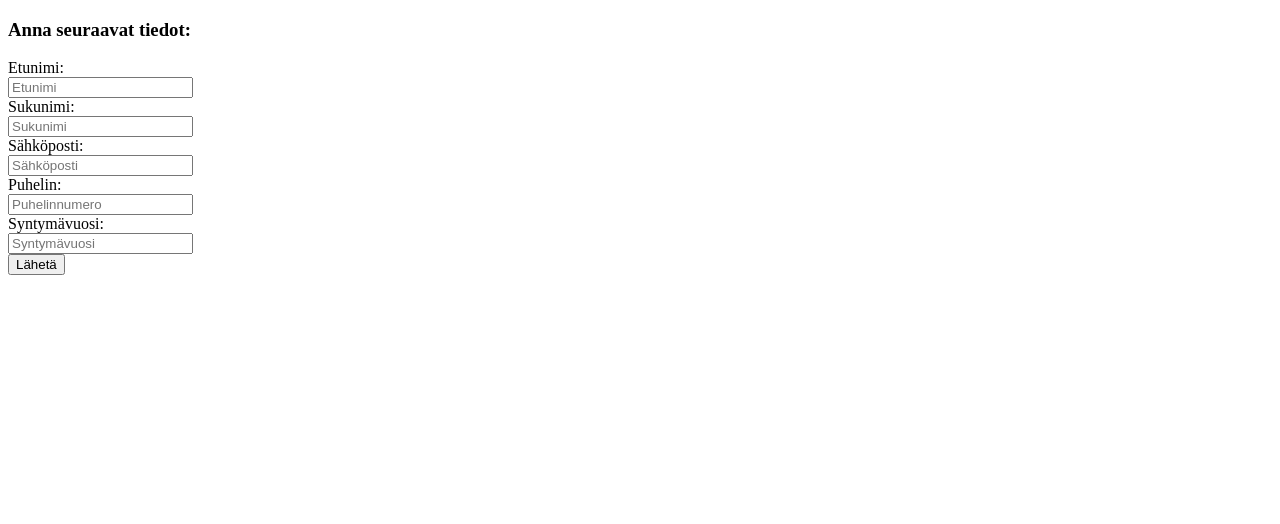
Repository: er-12/tehtava6
Page: http://localhost/t3/kysy.jsp
An editor plug-in stored every save of this project. The page is shown before and after the next save, followed by the edit.
The browser window is 1280 px wide. The pictures show the whole page.
The page is served by Tomcat 9.

Above is the page before, as saved 2021-04-17 11:09:06.

### t3/WebContent/kysy.jsp
<%@ page language="java" contentType="text/html; charset=UTF-8"
    pageEncoding="UTF-8"%>
<!DOCTYPE html>
<html>
<head>
<meta charset="UTF-8">
<title>Insert title here</title>
</head>
<body>
<h3>Anna seuraavat tiedot:</h3>
<form action="nayta.jsp" method="POST">
	<label for="etunimi">Etunimi:</label><br>
	<input type="text" name="etunimi" placeholder= "Etunimi"><br>
	<label for="fname">Sukunimi:</label><br>
	<input type="text" name="sukunimi" placeholder= "Sukunimi"><br>
	<label for="fname">Sähköposti:</label><br>
	<input type="text" name="sposti" placeholder= "Sähköposti"><br>
	<label for="fname">Puhelin:</label><br>
	<input type="text" name="puhelin" placeholder= "Puhelinnumero"><br>
	<label for="fname">Syntymävuosi:</label><br>
	<input type="text" name="vuosi" placeholder= "Syntymävuosi"><br>
	<input type="submit" value="Lähetä">
</form>
</body>
</html>
<!-- 2)	Tee sivulle kysy.jsp lomake, jossa pyydät käyttäjltä seuraavat tiedot:
a.	Etunimi
b.	Sukunimi
c.	Sähköposti
d.	Puhelin
e.	Syntymävuosi
 -->

After the next save:
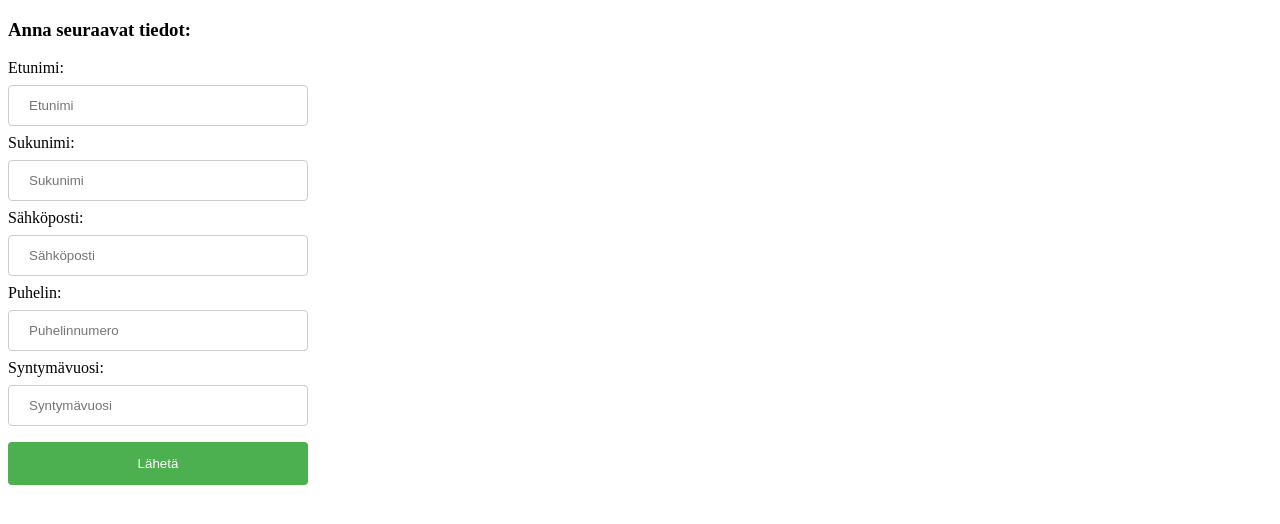
Saved 4 min 32 s later.
--- a/t3/WebContent/kysy.jsp
+++ b/t3/WebContent/kysy.jsp
@@ -2,6 +2,34 @@
     pageEncoding="UTF-8"%>
 <!DOCTYPE html>
 <html>
+<style>
+input[type=text], select {
+  width: 300px;
+  padding: 12px 20px;
+  margin: 8px 0;
+  display: inline-block;
+  border: 1px solid #ccc;
+  border-radius: 4px;
+  box-sizing: border-box;
+}
+
+input[type=submit] {
+  width: 300px;
+  background-color: #4CAF50;
+  color: white;
+  padding: 14px 20px;
+  margin: 8px 0;
+  border: none;
+  border-radius: 4px;
+  cursor: pointer;
+}
+
+input[type=submit]:hover {
+  background-color: #45a049;
+}
+
+
+</style>
 <head>
 <meta charset="UTF-8">
 <title>Insert title here</title>
